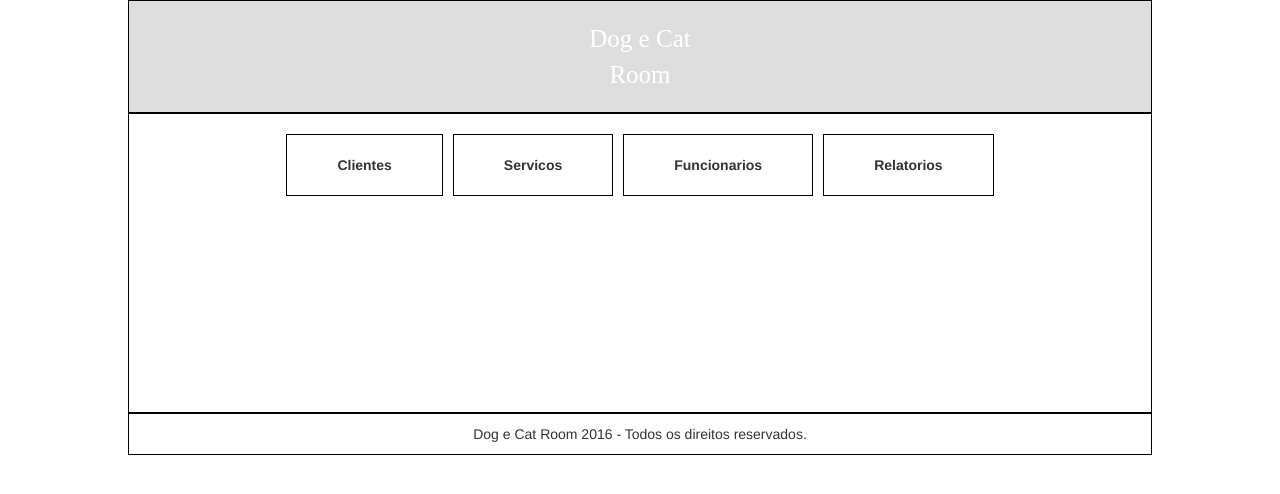
Repository: Natanzx/DogECatRoom
Page: http://localhost/DogECatRoom/principal.jsp
An editor plug-in stored every save of this project. The page is shown before and after the next save, followed by the edit.
The browser window is 1280 px wide. The pictures show the whole page.
The page is served by Tomcat 9. Other server files are loaded and not shown.

Above is the page before, as saved 2016-05-15 20:22:26.

### DogECatRoom/WebContent/principal.jsp
<%@ page language="java" contentType="text/html; charset=ISO-8859-1"
    pageEncoding="ISO-8859-1"%>
<!DOCTYPE html PUBLIC "-//W3C//DTD HTML 4.01 Transitional//EN" "http://www.w3.org/TR/html4/loose.dtd">
<html>
<head>
<meta http-equiv="Content-Type" content="text/html; charset=ISO-8859-1">
<title>DogECatRoom</title>
<jsp:include page="/template/head.jsp" />
</head>
<body>
<div class="divMargin">

	<jsp:include page="/template/cabecalho_padrao.jsp" />

		<div class="content">

			<div class="divMenuOpcoes">
				<div class="divMenu">Clientes</div>
				<div class="divMenu">Servicos</div>
				<div class="divMenu">Funcionarios</div>
				<div class="divMenu">Relatorios</div>
			</div>

		</div>

		<jsp:include page="/template/rodape_padrao.jsp" />
	</div>
</body>
</html>

### DogECatRoom/WebContent/template/head.jsp

	<meta http-equiv="Content-Type" content="text/html; charset=ISO-8859-1">
	<link rel="stylesheet" type="text/css"
		href="/DogECatRoom/bibliotecas/css/estilos.css">
	<link rel="stylesheet" type="text/css"
		href="/DogECatRoom/bibliotecas/css/bootstrap.css">

### DogECatRoom/WebContent/template/cabecalho_padrao.jsp
		<div class="divHead">
			Dog e Cat <br> Room
		</div>

### DogECatRoom/WebContent/template/rodape_padrao.jsp
		<div class="divRodape">
			Dog e Cat Room 2016 - Todos os direitos reservados.
		</div>

### DogECatRoom/WebContent/bibliotecas/css/estilos.css
@CHARSET "ISO-8859-1";

.divMargin{
	width				: 80%;
	margin				: auto;

}
.divHead{
	text-align			: center;
	font-size			: 25px;
	font-family			: Century Gothic;
	border				: 1px solid black;
	padding				: 20px 0px;
	background			: #ddd;
	color				: white;
}

.divRodape{
	text-align			: center;
	padding				: 10px 0px;
	border				: 1px solid black;
}

.content{
	min-height			: 300px;
	padding 			: 20px 0px;
	border				: 1px solid black;
}

.divMenuOpcoes{
	text-align			: center;
	overflow			: auto;
	position			: relative;
	display				: table;
	margin				: auto;
}

.divMenu{
	border				: 1px solid black;
	display				: table;
	padding				: 20px 50px;
	float				: left;
	font-weight			: bold;
	margin				: 0px 5px;
}

Loaded but not shown: DogECatRoom/WebContent/bibliotecas/css/bootstrap.css (library)

After the next save:
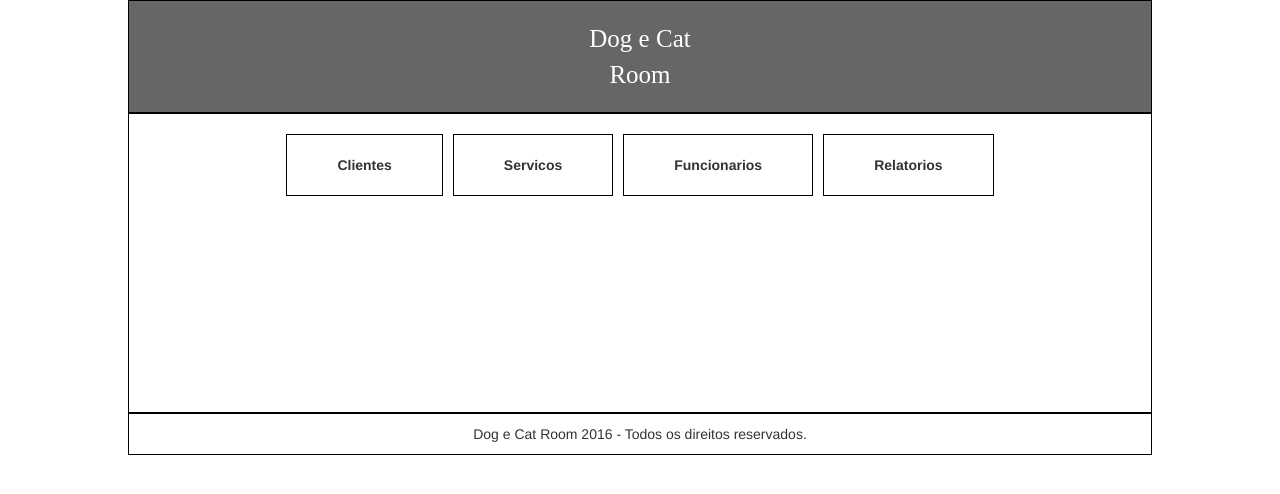
Saved 8 s later.
--- a/DogECatRoom/WebContent/bibliotecas/css/estilos.css
+++ b/DogECatRoom/WebContent/bibliotecas/css/estilos.css
@@ -11,7 +11,7 @@
 	font-family			: Century Gothic;
 	border				: 1px solid black;
 	padding				: 20px 0px;
-	background			: #ddd;
+	background			: #666;
 	color				: white;
 }
 
